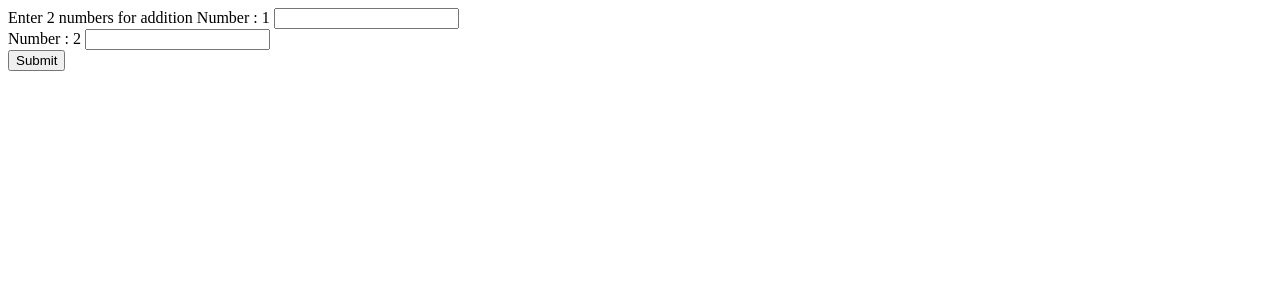
Repository: kirankumarrr/javaServlet
Page: ServletBasics/WebContent/numbers.html
The author's editor kept a copy of each file at every save. The page is drawn from the files as they stood at one save, then again after the next save.
The browser window is 1280 px wide. The pictures show the whole page.

Above is the page before, as saved 2019-06-03 06:23:37.

After the next save:
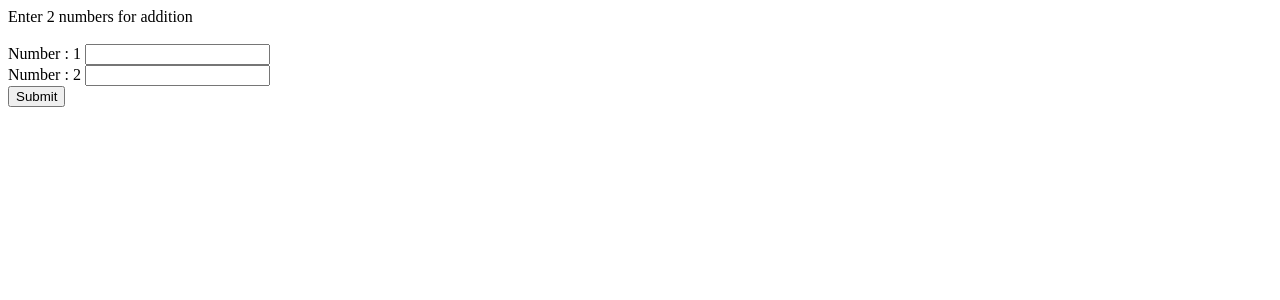
Saved 5 s later.
--- a/ServletBasics/WebContent/numbers.html
+++ b/ServletBasics/WebContent/numbers.html
@@ -6,7 +6,7 @@
 </head>
 <body>
 	<form>
-	Enter 2 numbers for addition
+	Enter 2 numbers for addition<br/><br/>
 		Number : 1 <input type="text" name="number1"/>
 		<br/>
 		Number : 2 <input type="text" name="number2"/>
